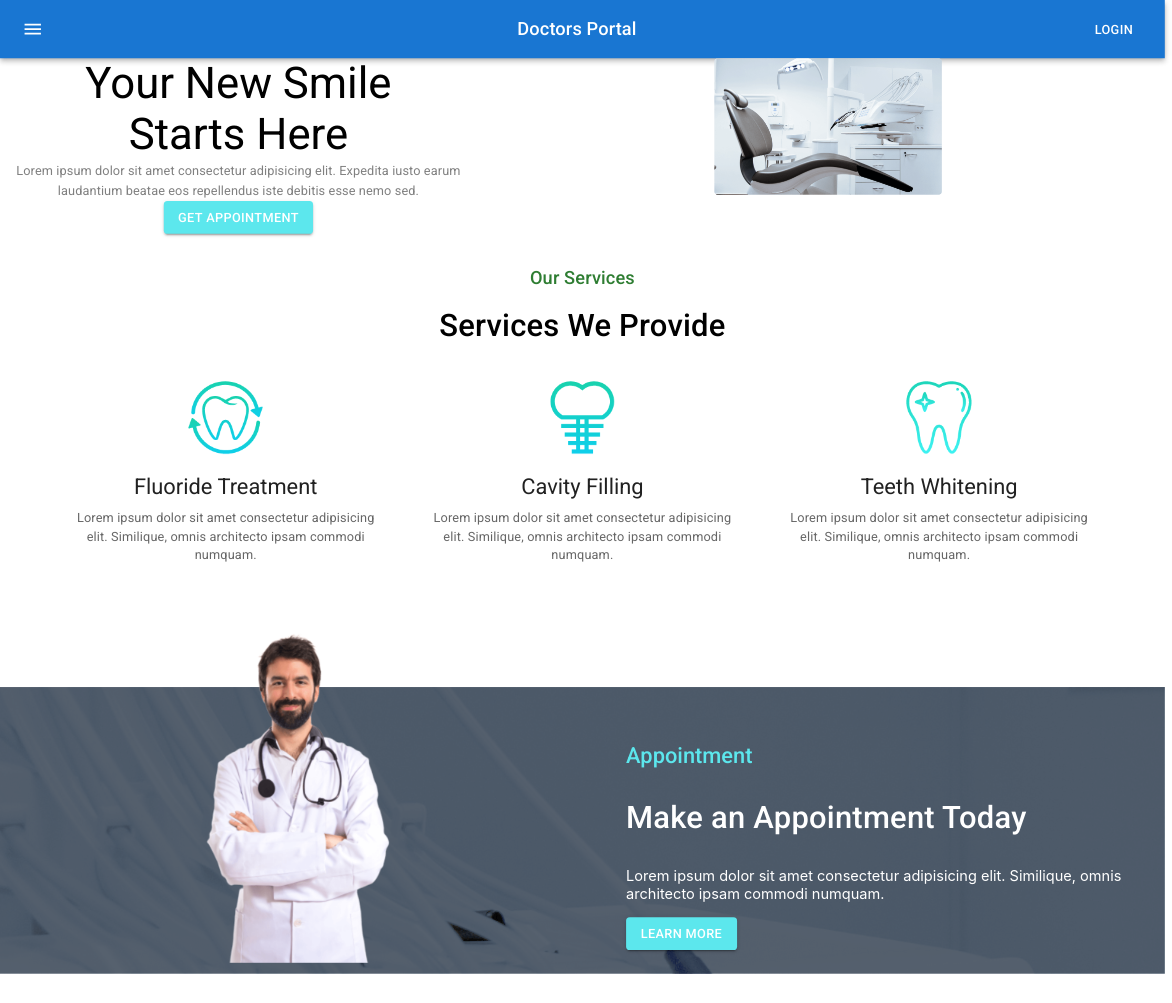
Repository: Sharif-00112/doctors-portal-client
Page: /
These files come from the project's save history. The page is drawn as it stood at one moment and after the next save; the edit follows.
The browser window is 1280 px wide. The page is 1288 px wide, so the pictures cover 1288 px, including what lies to the right of the window. The pictures show the whole page, at 91% of full size.
The project was rebuilt for these pictures with package versions that can differ from the ones it lists, and the page was loaded fresh each time.

Above is the page before, as saved 2022-11-01 17:17:25.

After the next save:
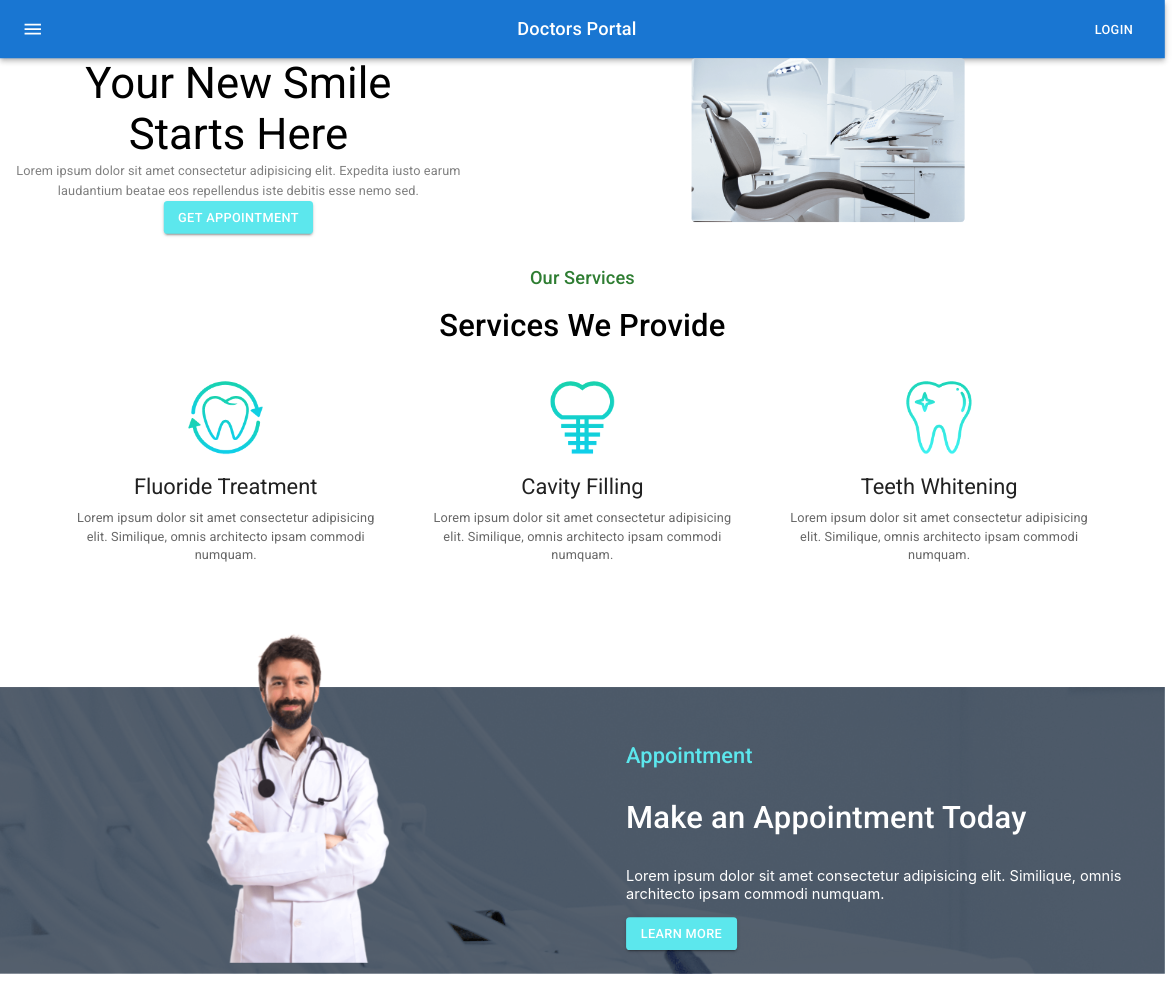
Saved 20 s later.
--- a/src/Pages/Home/Banner/Banner.js
+++ b/src/Pages/Home/Banner/Banner.js
@@ -23,7 +23,7 @@ const Banner = () => {
                     <Button variant="contained" style={{backgroundColor: '#5CE7ED'}}>Get Appointment</Button>
                 </Grid>
                 <Grid item xs={12} md={7}>
-                    <img style={{ width: '250px'}} src={chair} alt="" />
+                    <img style={{ width: '300px'}} src={chair} alt="" />
                 </Grid>
             </Grid>
         </Box>
